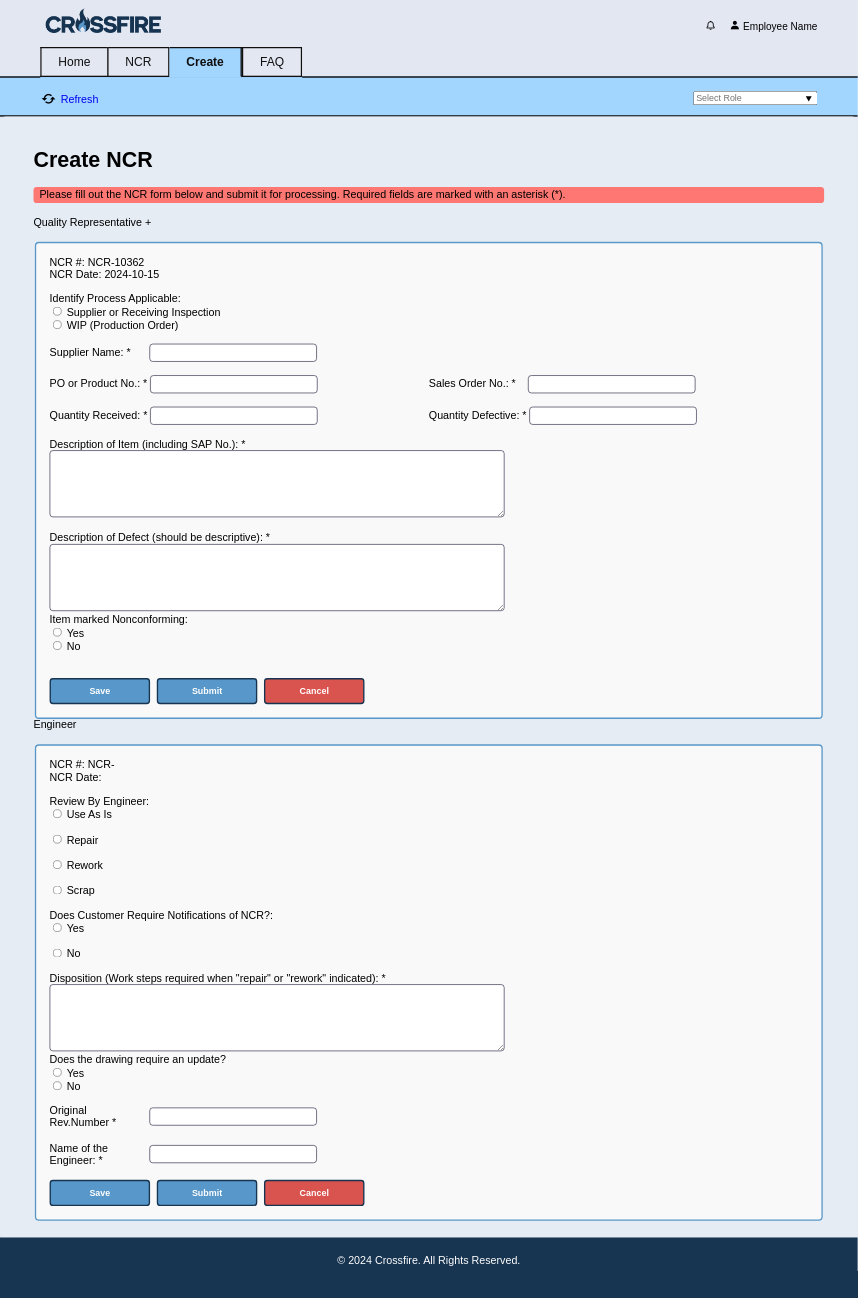
Repository: NyleNC/OSSProg1180
Page: OSS-CrossFire/create - Copy.html
An editor plug-in stored every save of this project. The page is shown before and after the next save, followed by the edit.
The browser window is 1280 px wide. The pictures show the whole page, at 67% of full size.

Above is the page before, as saved 2024-11-18 09:58:51.
Console error: TypeError: Cannot read properties of null (reading 'addEventListener')

After the next save:
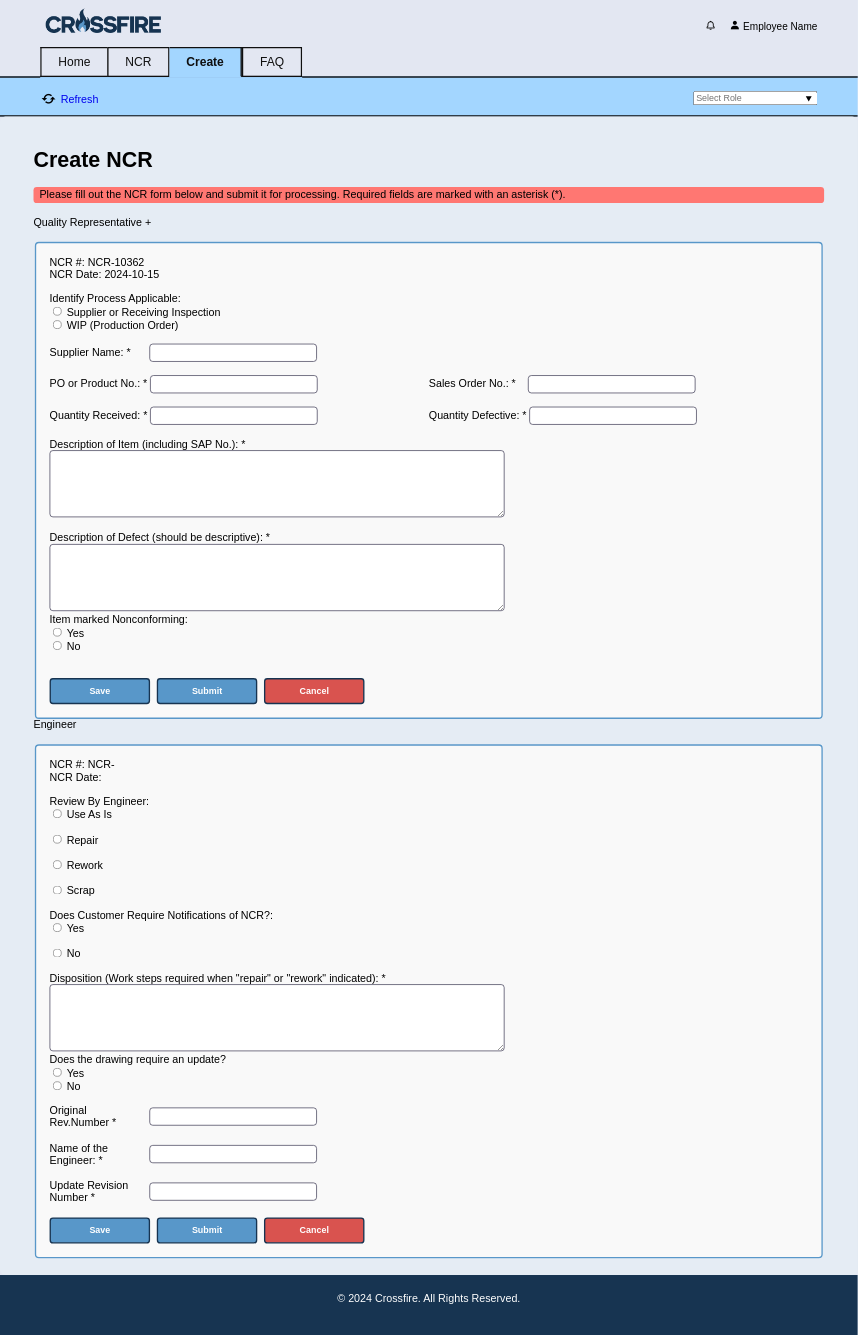
Saved 58 s later.
--- a/OSS-CrossFire/create - Copy.html
+++ b/OSS-CrossFire/create - Copy.html
@@ -226,6 +226,11 @@
                         <input type="text" id="OgEng" class="size-css" title="Please enter the name of the Original Engineer">
                     </div>
 
+                    <div class="form-group">
+                        <label for="newRev">Update Revision Number *</label>&nbsp;&nbsp;
+                        <input type="text" id="newRev" class="size-css" required pattern="[a-zA-Z ]{2,30}" title="Please enter exactly 5 digits">
+                    </div>
+
 
 
                     <div class="btnContainer">
